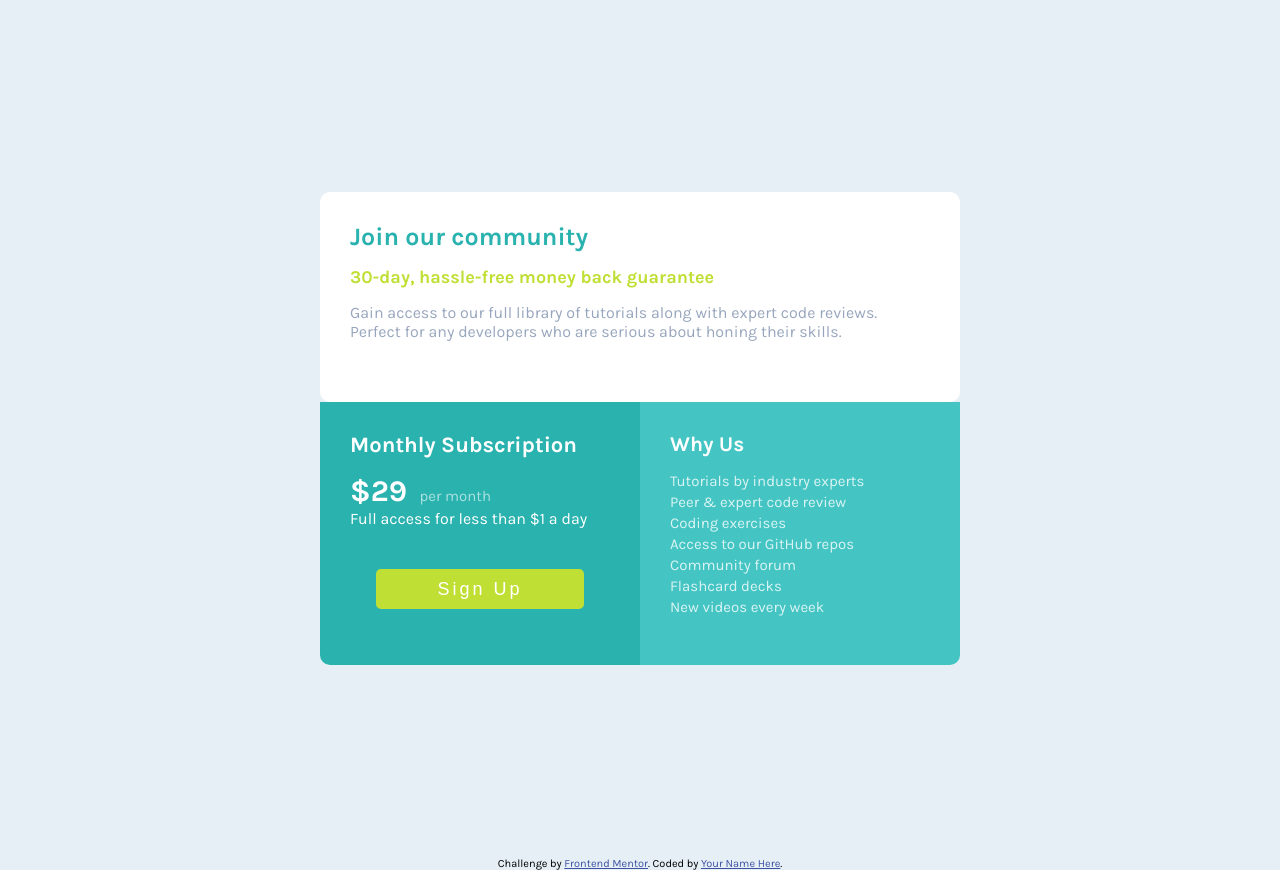
Repository: Pedrohamoura-Git/Frontend-Mentor-Challenges
Page: Newbie/single-price-grid-component-master/index.html
The author's editor kept a copy of each file at every save. The page is drawn from the files as they stood at one save, then again after the next save.
The browser window is 1280 px wide. The pictures show the whole page.

Above is the page before, as saved 2021-05-31 15:57:30.

After the next save:
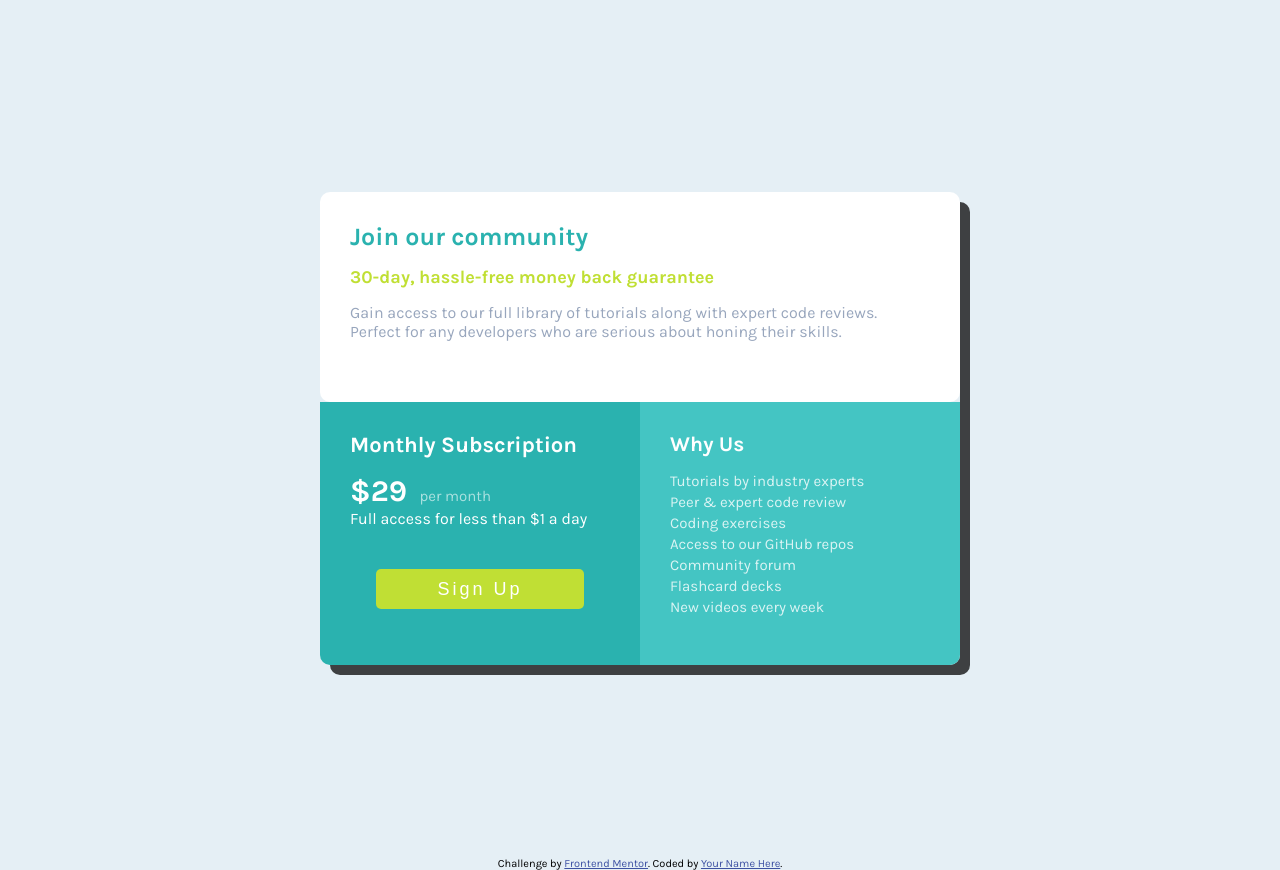
Saved 4 s later.
--- a/Newbie/single-price-grid-component-master/css/style.css
+++ b/Newbie/single-price-grid-component-master/css/style.css
@@ -24,7 +24,7 @@
 */
     #wrapper {
         border-radius: 1rem;
-        box-shadow: 10px 10px hsl(204, 43%, 93%);
+        box-shadow: 10px 10px hsl(210, 3%, 25%);
         display: grid;
         grid-template-rows: repeat(auto-fit, minmax(200px, 1fr));
         margin: 15% auto;
